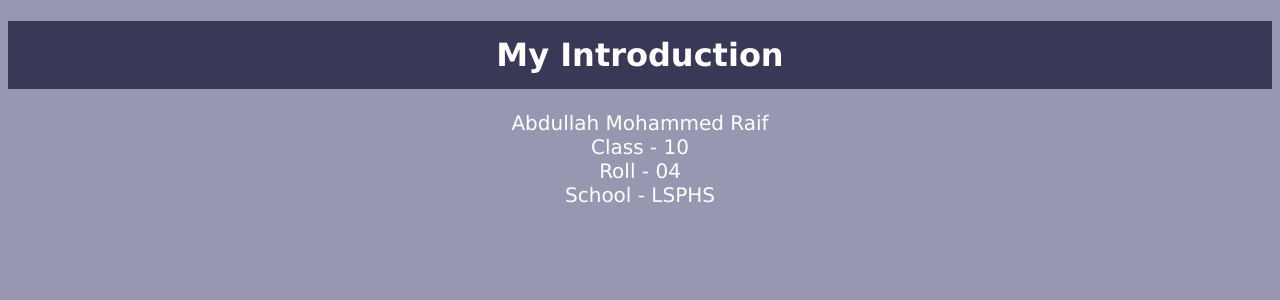
Repository: Raif-007/Portfolio
Page: index.html
An editor plug-in stored every save of this project. The page is shown before and after the next save, followed by the edit.
The browser window is 1280 px wide. The pictures show the whole page.

Above is the page before, as saved 2021-07-05 17:09:19.

After the next save:
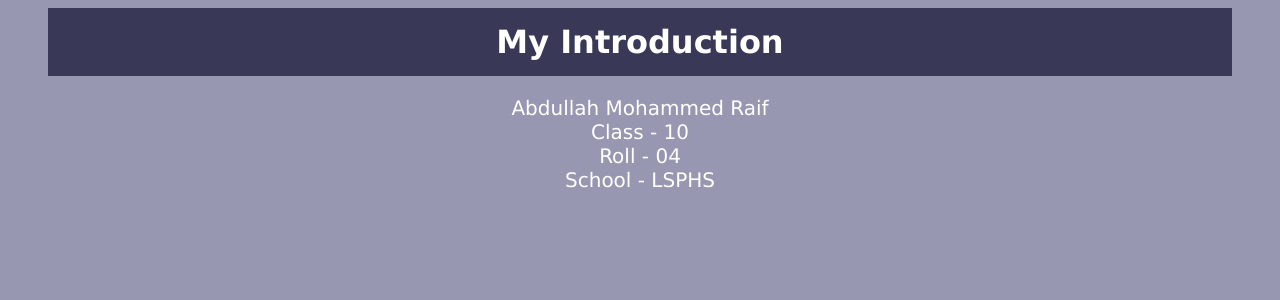
Saved 28 s later.
--- a/styles.css
+++ b/styles.css
@@ -8,6 +8,7 @@
 h1 {
     background-color: rgba(25, 25, 56, 0.74);
     padding: 15px;
+    margin: 0px 40px;
 }
 
 p {
